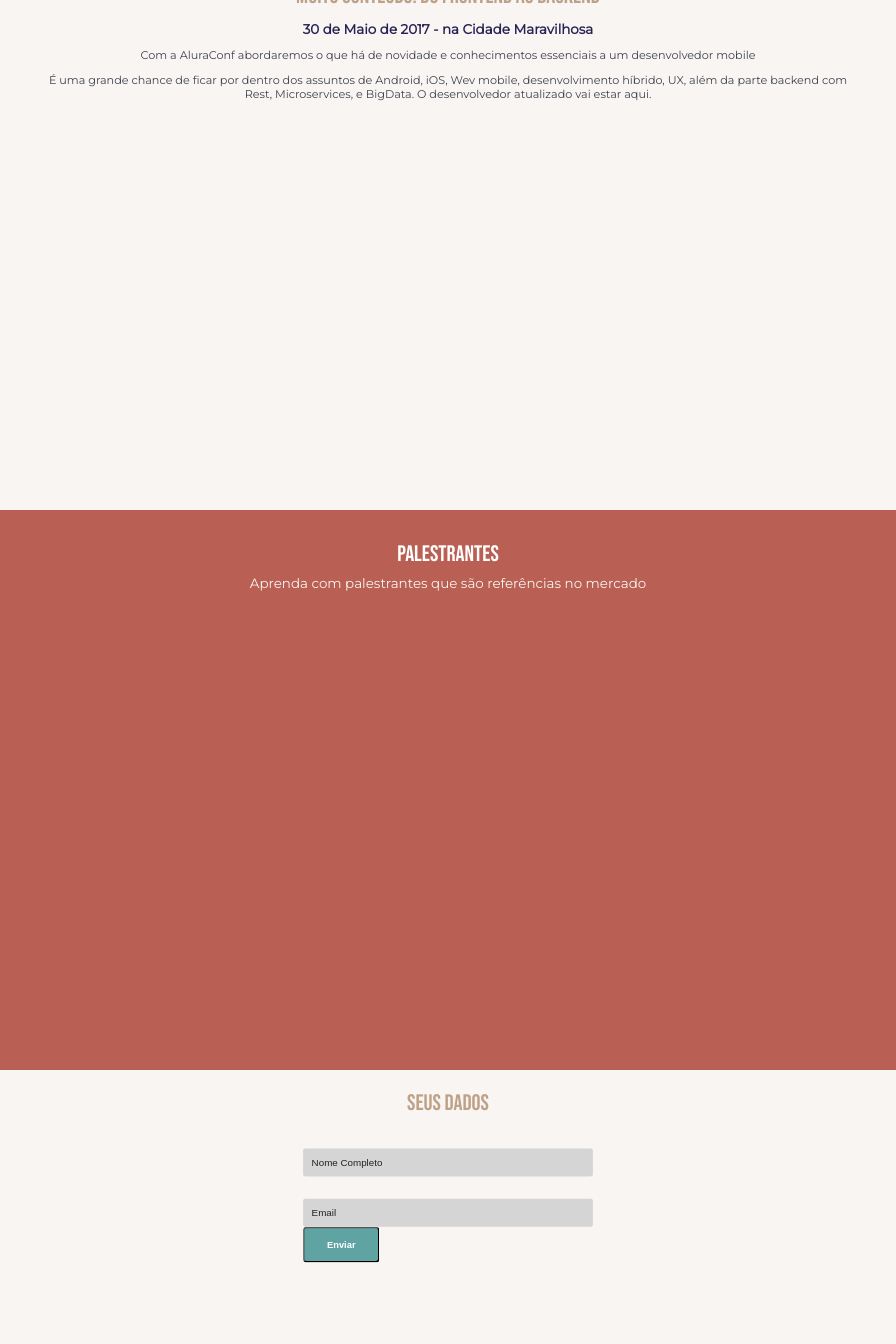
Repository: tomoliveira1/aluraconf
Page: index.html
The author's editor kept a copy of each file at every save. The page is drawn from the files as they stood at one save, then again after the next save.
The browser window is 1280 px wide. The pictures show the part of the page from y = 792 to 2712 px (the page is 2712 px tall), at 70% of full size.

Above is the page before, as saved 2021-10-12 19:50:31.

After the next save:
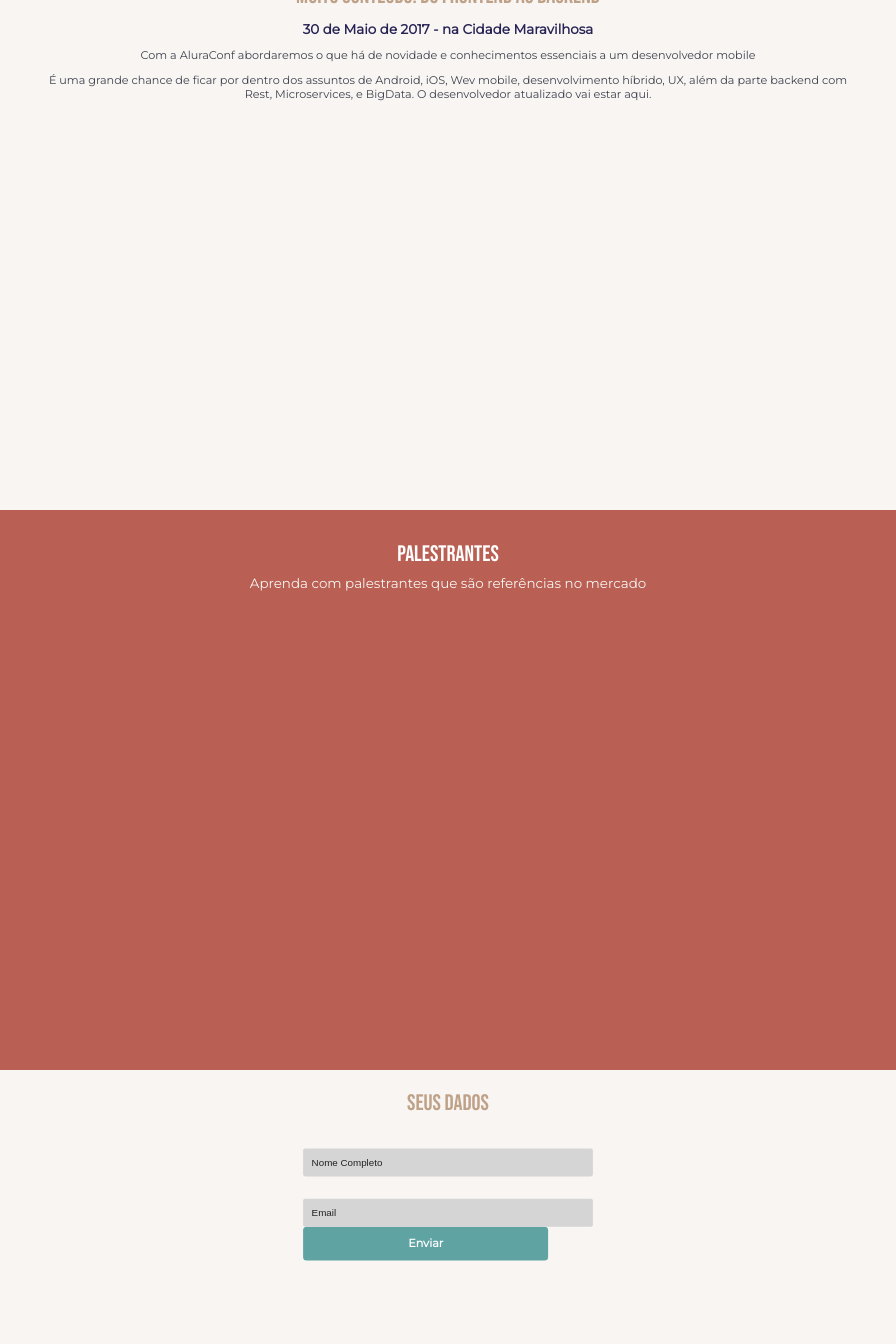
Saved 3 min 57 s later.
--- a/index.html
+++ b/index.html
@@ -82,7 +82,7 @@
             </label>
           </form>
 
-          <button class="submit_button button" type="submit">Enviar</button>
+          <a class="button" href="#">Enviar</a>
         </div>
       </section>
     </main>
